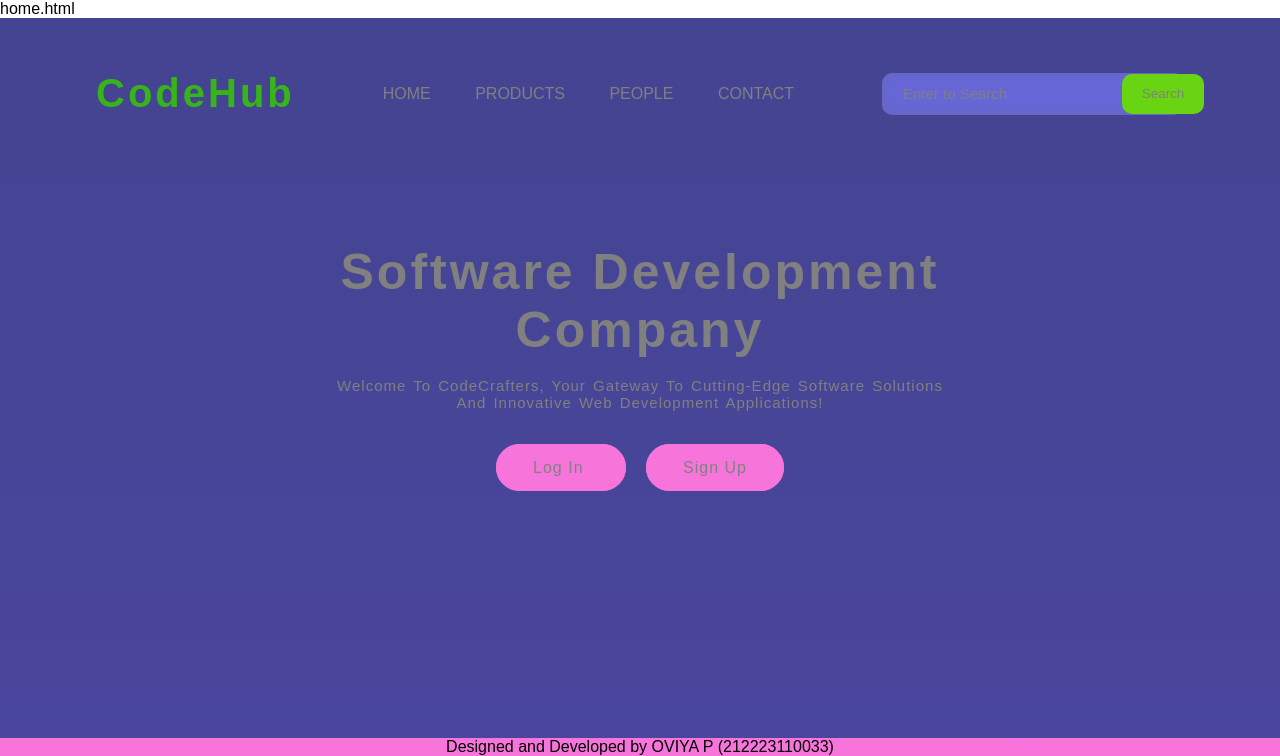
Repository: Oviya24032K6/softweb
Page: oviya/softapp/static/home.html
The author's editor kept a copy of each file at every save. The page is drawn from the files as they stood at one save, then again after the next save.
The browser window is 1280 px wide. The pictures show the whole page.

Above is the page before, as saved 2024-04-23 11:28:05.

After the next save:
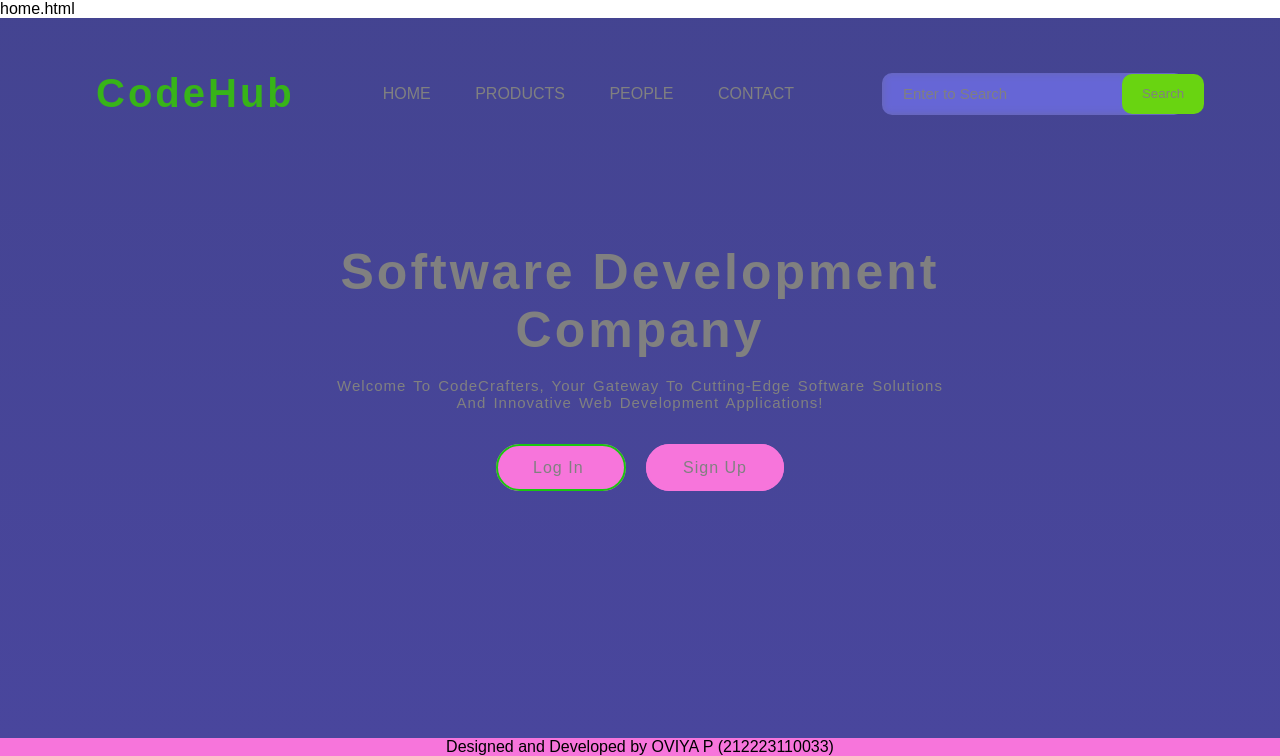
Saved 7 s later.
--- a/oviya/softapp/static/home.html
+++ b/oviya/softapp/static/home.html
@@ -108,7 +108,7 @@ home.html
             }
             .login {
                 margin: 0px 10px;
-                border: 2px solid#f775db;
+                border: 2px solid#1ac70e;
                 padding: 13px 35px;
                 letter-spacing: 1px;
                 color: gray;
